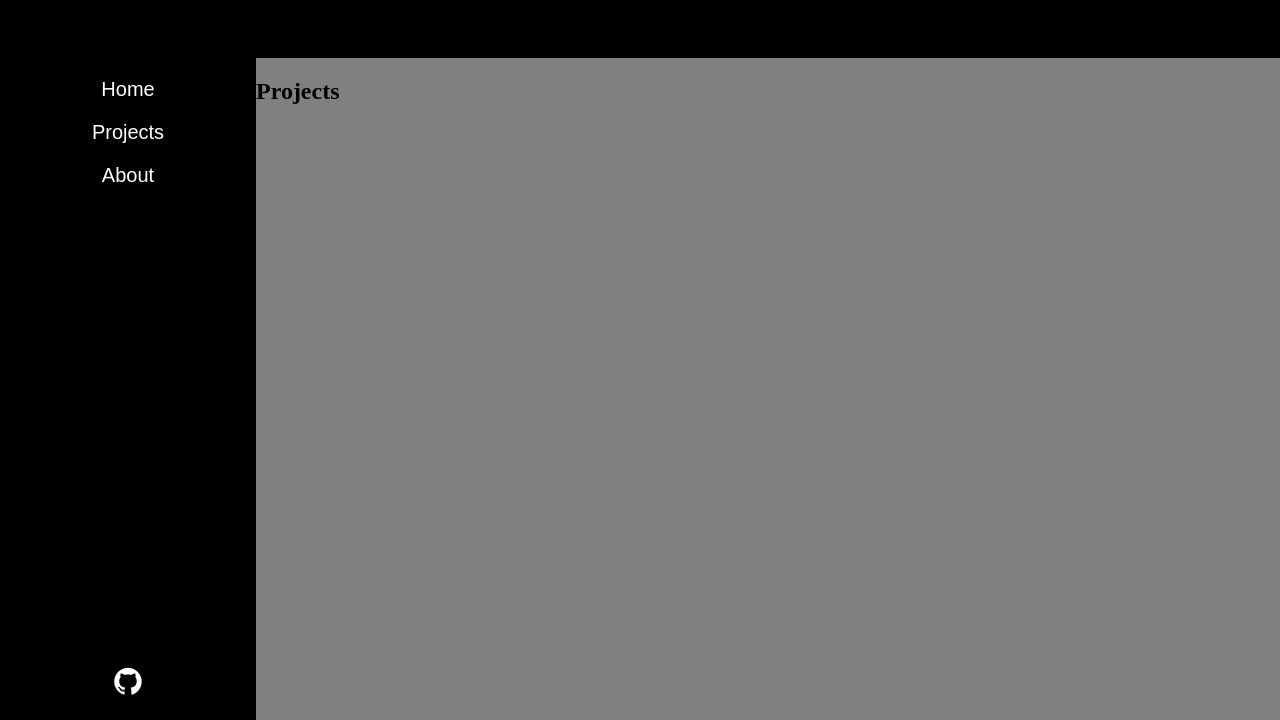
Repository: josephinel6/josephinel6.github.io
Page: index.html
These files come from the project's save history. The page is drawn as it stood at one moment and after the next save; the edit follows.
The browser window is 1280 px wide. The pictures show the whole page.

Above is the page before, as saved 2023-04-05 08:09:42.

After the next save:
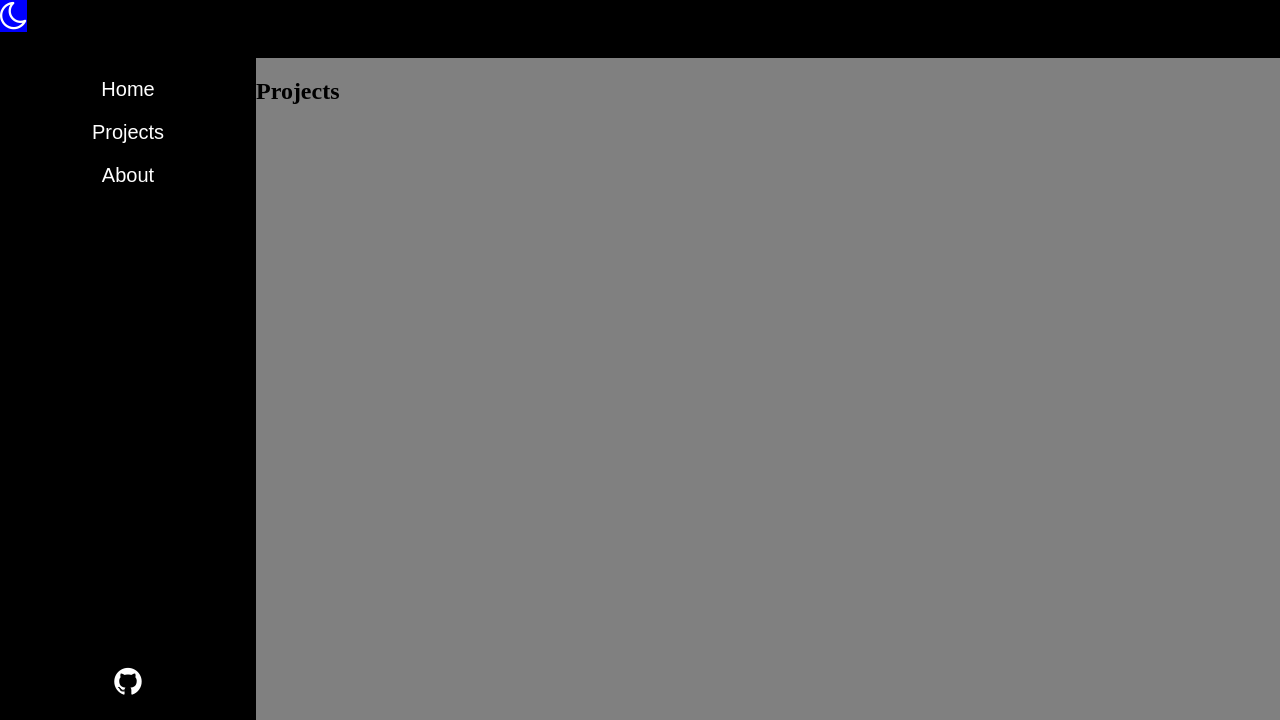
Saved 11 s later.
--- a/index.html
+++ b/index.html
@@ -111,7 +111,7 @@
     </div>
     <div id="topbar">
         <i onclick="daynight()" class="fa fa-moon-o fa-2x"
-            style="color: white; z-index: 2; background-color: blue;"></i>
+            style="color: white; z-index: 2; background-color: blue; position: absolute"></i>
     </div>
     <div id="window">
         <div id="homepage" class="tabcontent">
